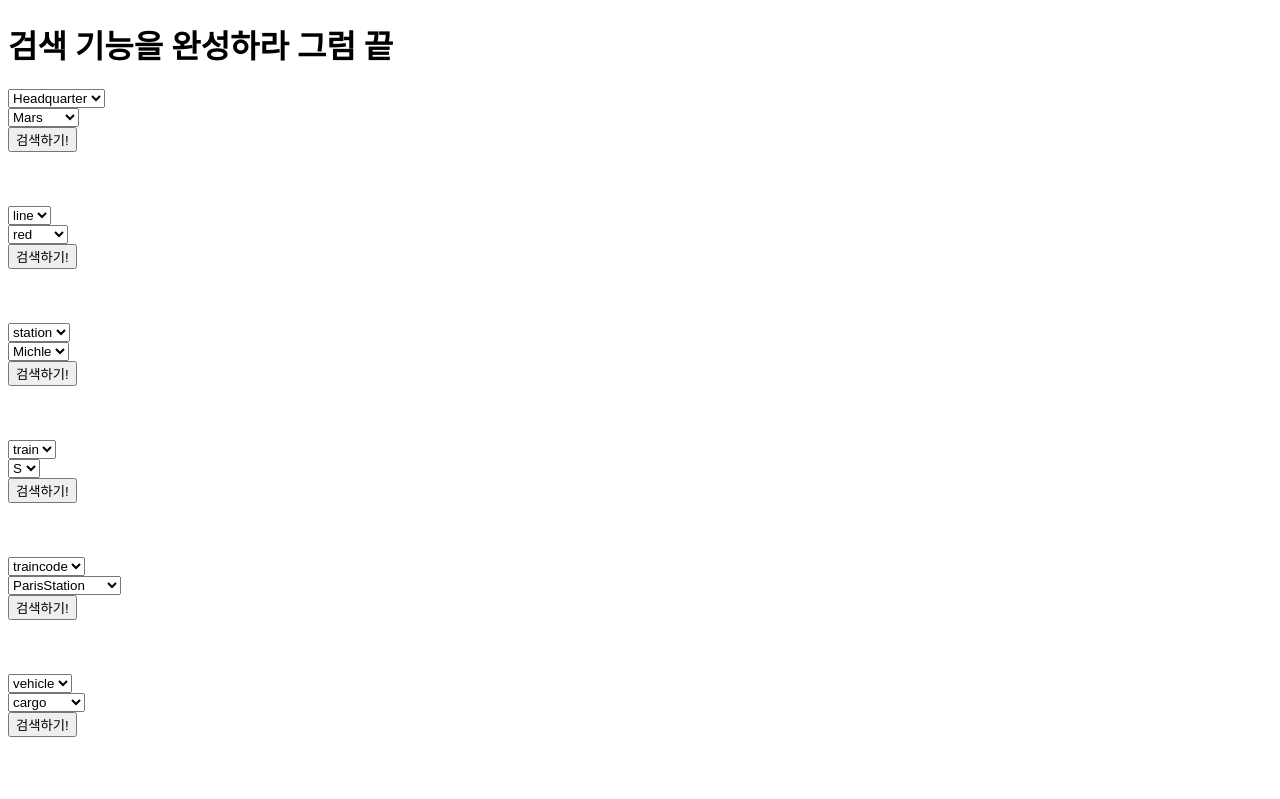
Repository: CISXO/JSP
Page: http://localhost/DB_Project/DB/Search.jsp
The author's editor kept a copy of each file at every save. The page is drawn from the files as they stood at one save, then again after the next save.
The browser window is 1280 px wide. The pictures show the whole page.
The page is served by Tomcat 9.

Above is the page before, as saved 2022-12-22 00:26:46.

### DbProject/DB_Project/src/main/webapp/DB/Search.jsp
<%@ page language="java" contentType="text/html; charset=utf-8"
    pageEncoding="utf-8" import="java.sql.*"%>
<!DOCTYPE html>
<html>
<head>
<meta charset="EUC-KR">
<title>Insert title here</title>
</head>
<body>
<h1>검색 기능을 완성하라 그럼 끝</h1>
 <form action="Headquarter.jsp" method="get">
       <div class="row">
      <select name="select">
        <option>Headquarter</option>
      </select>
       <div class="row">
      <select name="search">
        <option>Mars</option>
        <option>Earth</option>
        <option>Mercury</option>
        <option>Venus</option>
        <option>Saturn</option>
      </select>
        <input name="checkcheck" type="hidden" placeHolder="검색할 값" value="2">
        </div>
      <button>검색하기!</button>
        </div>
        </form>
        <br><br><br>

         <form action="Headquarter.jsp" method="get">
       <div class="row">
      <select name="select">
        <option>line</option>
      </select>
       <div class="row">
      <select name="search">
        <option>red</option>
        <option>blue</option>
        <option>yellow</option>
        <option>yellow</option>
        <option>puple</option>
        <option>white</option>
      </select>
        <input name="checkcheck" type="hidden" placeHolder="검색할 값" value="2">
        </div>
      <button>검색하기!</button>
        </div>
        </form>


        <br><br><br>
         <form action="Headquarter.jsp" method="get">
       <div class="row">
      <select name="select">
        <option>station</option>
      </select>
       <div class="row">
      <select name="search">
        <option>Michle</option>
        <option>Jo</option>
        <option>Jk122</option>
        <option>brok</option>
      </select>
        <input name="checkcheck" type="hidden" placeHolder="검색할 값" value="2">
        </div>
      <button>검색하기!</button>
        </div>
        </form>


        <br><br><br>
         <form action="Headquarter.jsp" method="get">
       <div class="row">
      <select name="select">
        <option>train</option>
      </select>
       <div class="row">
      <select name="search">
        <option>S</option>
        <option>A</option>
        <option>B</option>
        <option>C</option>
        <option>D</option>
        <option>F</option>
      </select>
        <input name="checkcheck" type="hidden" placeHolder="검색할 값" value="2">
        </div>
      <button>검색하기!</button>
        </div>
        </form>

        <br><br><br>

         <form action="Headquarter.jsp" method="get">
       <div class="row">
      <select name="select">
        <option>traincode</option>
      </select>
       <div class="row">
      <select name="search">
        <option>ParisStation</option>
        <option>KoreaStation</option>
        <option>MarsStation</option>
        <option>IndianoStation</option>
        <option>VenusStation</option>
        <option>AmericaStation</option>
      </select>
        <input name="checkcheck" type="hidden" placeHolder="검색할 값" value="2">
        </div>
      <button>검색하기!</button>
        </div>
        </form>


        <br><br><br>
         <form action="Headquarter.jsp" method="get">
       <div class="row">
      <select name="select">
        <option>vehicle</option>
      </select>
       <div class="row">
      <select name="search">
        <option>cargo</option>
        <option>career</option>
        <option>Decorate</option>
      </select>
        <input name="checkcheck" type="hidden" placeHolder="검색할 값" value="2">
        </div>
      <button>검색하기!</button>
        </div>
        </form>

        <br><br><br>

</body>
</html>

After the next save:
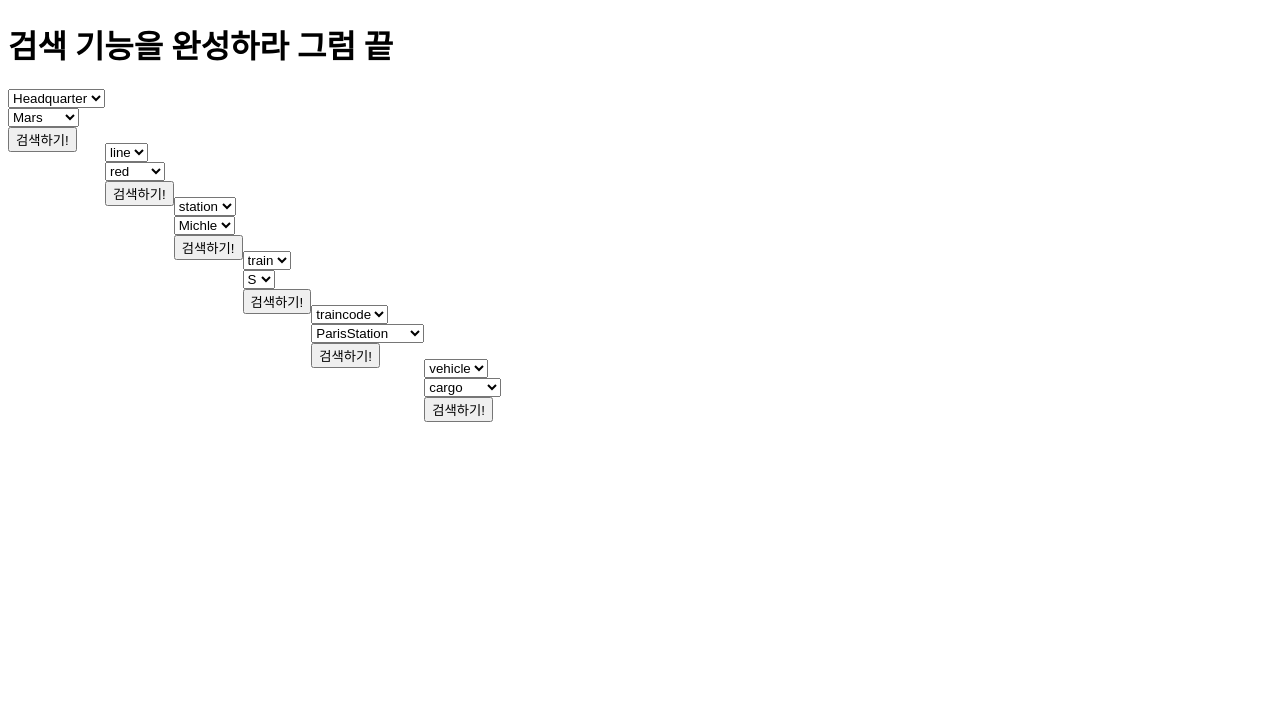
Saved 66 s later.
--- a/DbProject/DB_Project/src/main/webapp/DB/Search.jsp
+++ b/DbProject/DB_Project/src/main/webapp/DB/Search.jsp
@@ -8,7 +8,7 @@
 </head>
 <body>
 <h1>검색 기능을 완성하라 그럼 끝</h1>
- <form action="Headquarter.jsp" method="get">
+ <form action="Headquarter.jsp" method="get" style="float:left;">
        <div class="row">
       <select name="select">
         <option>Headquarter</option>
@@ -28,7 +28,7 @@
         </form>
         <br><br><br>
 
-         <form action="Headquarter.jsp" method="get">
+         <form action="Headquarter.jsp" method="get" style="float:left;">
        <div class="row">
       <select name="select">
         <option>line</option>
@@ -50,7 +50,7 @@
 
 
         <br><br><br>
-         <form action="Headquarter.jsp" method="get">
+         <form action="Headquarter.jsp" method="get" style="float:left;">
        <div class="row">
       <select name="select">
         <option>station</option>
@@ -70,7 +70,7 @@
 
 
         <br><br><br>
-         <form action="Headquarter.jsp" method="get">
+         <form action="Headquarter.jsp" method="get" style="float:left;">
        <div class="row">
       <select name="select">
         <option>train</option>
@@ -92,7 +92,7 @@
 
         <br><br><br>
 
-         <form action="Headquarter.jsp" method="get">
+         <form action="Headquarter.jsp" method="get" style="float:left;">
        <div class="row">
       <select name="select">
         <option>traincode</option>
@@ -114,7 +114,7 @@
 
 
         <br><br><br>
-         <form action="Headquarter.jsp" method="get">
+         <form action="Headquarter.jsp" method="get" style="float:left;">
        <div class="row">
       <select name="select">
         <option>vehicle</option>
